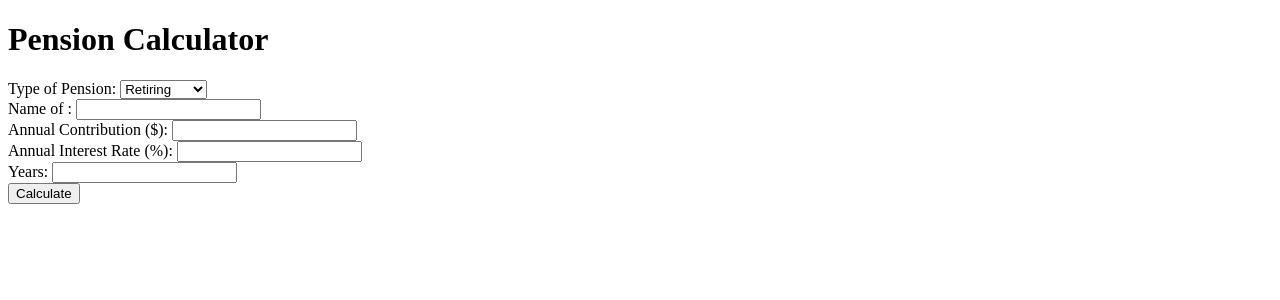
Repository: AQSA-ABDULLAH/RetirementManagmentSystem
Page: RetimentManagmentSystem/src/main/webapp/PensionCalculator.html
These files come from the project's save history. The page is drawn as it stood at one moment and after the next save; the edit follows.
The browser window is 1280 px wide. The pictures show the whole page.

Above is the page before, as saved 2023-08-13 17:44:04.

After the next save:
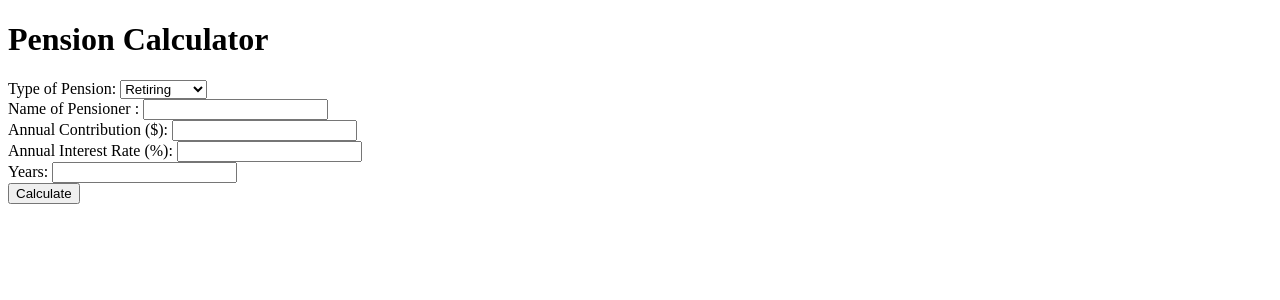
Saved 25 s later.
--- a/RetimentManagmentSystem/src/main/webapp/PensionCalculator.html
+++ b/RetimentManagmentSystem/src/main/webapp/PensionCalculator.html
@@ -35,8 +35,8 @@
 
 	  <br>
 
-    <label for="name">Name of :</label>
-    <input type="number" id="name" required><br>
+    <label for="name">Name of Pensioner :</label>
+    <input type="text" id="name" required><br>
 
     <label for="annualContribution">Annual Contribution ($):</label>
     <input type="number" id="annualContribution" step="any" required><br>
